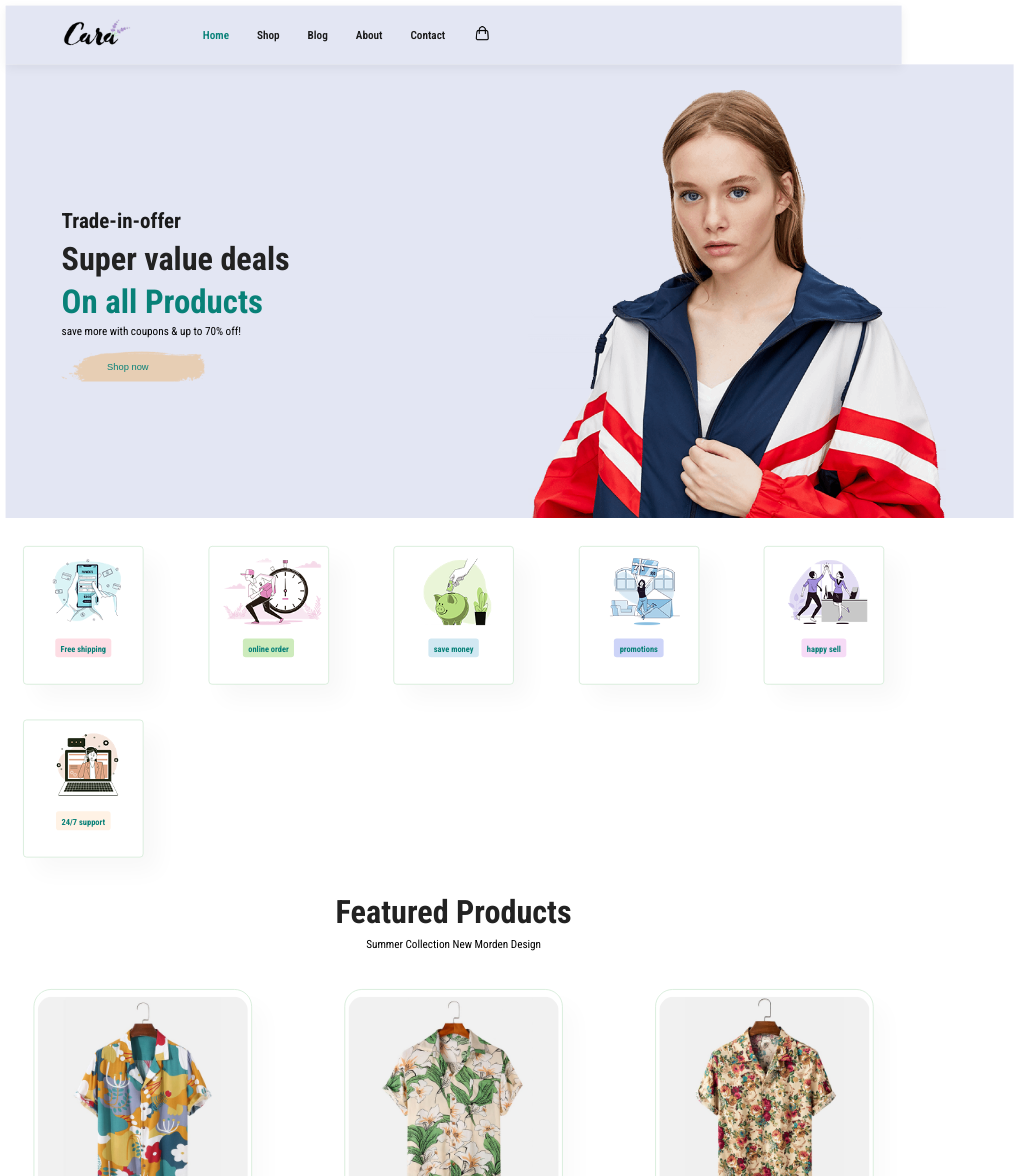
Repository: nhutduy-1905/web_coban
Page: src/index/index.html
An editor plug-in stored every save of this project. The page is shown before and after the next save, followed by the edit.
The browser window is 1280 px wide. The page is 1448 px wide, so the pictures cover 1448 px, including what lies to the right of the window. The pictures show the part of the page from y = 0 to 1680 px (the page is 3771 px tall), at 70% of full size.

Above is the page before, as saved 2024-11-19 21:36:33.

### src/index/index.html
<!DOCTYPE html>
<html lang="en">
<!-- Khai báo định dạng tài liệu HTML và ngôn ngữ là tiếng Anh -->

<head>
    <meta charset="UTF-8">
    <!-- Thiết lập bộ ký tự của trang là UTF-8 -->
    <meta name="viewport" content="width=device-width, initial-scale=1.0">
    <!-- Điều chỉnh để trang hiển thị tốt trên mọi thiết bị, đặc biệt là thiết bị di động -->
    <link rel="stylesheet" href="../benefit/benefit.css">
    <link rel="stylesheet" href="../index/main.css">
    <link rel="stylesheet" href="../product/product.css">
    <link rel="stylesheet" href="../product/item.css">
    <link rel="preconnect" href="https://fonts.googleapis.com">
    <link rel="preconnect" href="https://fonts.gstatic.com" crossorigin>
     <!-- link sao -->
    <link rel="preconnect" href="https://fonts.googleapis.com">
<link rel="preconnect" href="https://fonts.gstatic.com" crossorigin>
<link href="https://fonts.googleapis.com/css2?family=Roboto+Condensed:ital,wght@0,100..900;1,100..900&family=Roboto:ital,wght@0,100;0,300;0,400;0,500;0,700;0,900;1,100;1,300;1,400;1,500;1,700;1,900&display=swap" rel="stylesheet">
     <link rel="stylesheet" href="product.css">
     <!-- link giỏ hàng -->
     <link rel="stylesheet" href="https://pro.fontawesome.com/releases/v5.15.4/css/all.css">
    <title>Super Value Deals</title>
    <!-- Tiêu đề của trang web hiển thị trên tab của trình duyệt -->
</head>

<body>

    <section id="header">
        <a href="#"><img src="../../images/logo.png" class="logo" alt="Logo"></a>
        <div>
            <div id="nvbar">
                <div class="active">Home</div>
                <div>Shop</div>
                <div>Blog</div>
                <div>About</div>
                <div>Contact</div>
                <div>
                    <img src = "../../shopping-bag.png" alt = "Logo" style="width: 5%";>
                </div>
            </div>
        </div>
    </section>
    <Section id ="hero">
        <h4>Trade-in-offer</h4>
        <h2>Super value deals</h2>
        <h1>On all Products</h1>
        <p>save more with coupons & up to 70% off!</p>
        <button>Shop now</button>
    </Section>


    <section id ="featured">
        <div class = "fe-box">
            <img  class = "magic-1"src = "../../images/features/f1.png" alt ="">
            <h6>Free shipping</h6>
        </div>
        <div class = "fe-box">
            <img src = "../../images/features/f2.png" alt ="">
            <h6>online order</h6>
        </div>
        <div class = "fe-box">
            <img src = "../../images/features/f3.png" alt ="">
            <h6>save money</h6>
        </div>
        <div class = "fe-box">
            <img src = "../../images/features/f4.png" alt ="">
            <h6>promotions</h6>
        </div>
        <div class = "fe-box">
            <img src = "../../images/features/f5.png" alt ="">
            <h6>happy sell</h6>
        </div>
        <div class = "fe-box">
            <img  class = "magic-2" src = "../../images/features/f6.png" alt ="">
            <h6>24/7 support</h6>
        </div>
    </section>

    <section id ="product1" class = "section-p1">
        <h2>Featured Products</h2>
        <p>Summer Collection New Morden Design</p>
        <div class ="pro-container">
            <div class ="pro">
                <img src ="../../images/products/f1.jpg" alt ="">
                <div class ="des">
                    <span>adidas</span>
                    <h5> Cartoon Astronaut T-Shirts</h5>
                    <div class ="star">
                        <i class="fas fa-star"></i>
                        <i class="fas fa-star"></i>
                        <i class="fas fa-star"></i>
                        <i class="fas fa-star"></i>
                        <i class="fas fa-star"></i>
                    </div>
                    <h4>$78</h4>
                </div>
                   <a href ="#"><i class="fal fa-shopping-cart cart"></i></a>
            </div>
            <div class ="pro">
                <img src ="../../images/products/f2.jpg" alt ="">
                <div class ="des">
                    <span>adidas</span>
                    <h5> Cartoon Astronaut T-Shirts</h5>
                    <div class ="star">
                        <i class="fas fa-star"></i>
                        <i class="fas fa-star"></i>
                        <i class="fas fa-star"></i>
                        <i class="fas fa-star"></i>
                        <i class="fas fa-star"></i>
                    </div>
                    <h4>$78</h4>
                </div>
                   <a href ="#"><i class="fal fa-shopping-cart cart"></i></a>
            </div>
            <div class ="pro">
                <img src ="../../images/products/f3.jpg" alt ="">
                <div class ="des">
                    <span>adidas</span>
                    <h5> Cartoon Astronaut T-Shirts</h5>
                    <div class ="star">
                        <i class="fas fa-star"></i>
                        <i class="fas fa-star"></i>
                        <i class="fas fa-star"></i>
                        <i class="fas fa-star"></i>
                        <i class="fas fa-star"></i>
                    </div>
                    <h4>$78</h4>
                </div>
                   <a href ="#"><i class="fal fa-shopping-cart cart"></i></a>
            </div>
            <div class ="pro">
                <img src ="../../images/products/f4.jpg" alt ="">
                <div class ="des">
                    <span>adidas</span>
                    <h5> Cartoon Astronaut T-Shirts</h5>
                    <div class ="star">
                        <i class="fas fa-star"></i>
                        <i class="fas fa-star"></i>
                        <i class="fas fa-star"></i>
                        <i class="fas fa-star"></i>
                        <i class="fas fa-star"></i>
                    </div>
                    <h4>$78</h4>
                </div>
                   <a href ="#"><i class="fal fa-shopping-cart cart"></i></a>
            </div>
            <div class ="pro">
                <img src ="../../images/products/f5.jpg" alt ="">
                <div class ="des">
                    <span>adidas</span>
                    <h5> Cartoon Astronaut T-Shirts</h5>
                    <div class ="star">
                        <i class="fas fa-star"></i>
                        <i class="fas fa-star"></i>
                        <i class="fas fa-star"></i>
                        <i class="fas fa-star"></i>
                        <i class="fas fa-star"></i>
                    </div>
                    <h4>$78</h4>
                </div>
                   <a href ="#"><i class="fal fa-shopping-cart cart"></i></a>
            </div>
            <div class ="pro">
                <img src ="../../images/products/f6.jpg" alt ="">
                <div class ="des">
                    <span>adidas</span>
                    <h5> Cartoon Astronaut T-Shirts</h5>
                    <div class ="star">
                        <i class="fas fa-star"></i>
                        <i class="fas fa-star"></i>
                        <i class="fas fa-star"></i>
                        <i class="fas fa-star"></i>
                        <i class="fas fa-star"></i>
                    </div>
                    <h4>$78</h4>
                </div>
                   <a href ="#"><i class="fal fa-shopping-cart cart"></i></a>
            </div>
            <div class ="pro">
                <img src ="../../images/products/f7.jpg" alt ="">
                <div class ="des">
                    <span>adidas</span>
                    <h5> Cartoon Astronaut T-Shirts</h5>
                    <div class ="star">
                        <i class="fas fa-star"></i>
                        <i class="fas fa-star"></i>
                        <i class="fas fa-star"></i>
                        <i class="fas fa-star"></i>
                        <i class="fas fa-star"></i>
                    </div>
                    <h4>$78</h4>
                </div>
                   <a href ="#"><i class="fal fa-shopping-cart cart"></i></a>
            </div>
            <div class ="pro">
                <img src ="../../images/products/f8.jpg" alt ="">
                <div class ="des">
                    <span>adidas</span>
                    <h5> Cartoon Astronaut T-Shirts</h5>
                    <div class ="star">
                        <i class="fas fa-star"></i>
                        <i class="fas fa-star"></i>
                        <i class="fas fa-star"></i>
                        <i class="fas fa-star"></i>
                        <i class="fas fa-star"></i>
                    </div>
                    <h4>$78</h4>
                </div>
                   <a href ="#"><i class="fal fa-shopping-cart cart"></i></a>
            </div>
        </div>

    </section>

    <section id = "banner3">
        <div class = "banner-box">
            <h2>SEASONAL SALE </h2>
            <h3>Winter Collection -50% OFF</h3>
        </div>
        <div class = "banner-box banner-box2">
            <h2>NEW FOOTWEAR COLLECTION </h2>
            <h3>Spring/Summer 2024</h3>
        </div>
        <div class = "banner-box banner-box3">
            <h2>T-SHIRTS</h2>
            <h3>New Trendy Prints</h3>
        </div>
     </section>
     <section id = "newsletter">
        <div class = "newtest">
            <h4>Sign Up For Newsletters</h4>
            <p>Get E-mail upadtes about us latest shop and <span>special offers.</span></p>
        </div>
        <div class = "form">
            <input type= "text" placeholder ="Your email address">
            <button class = "normal">Sign Up</button>
        </div>
     </section>

     <footer class ="section-p1">
        <div class = "col">
            <img  class = "logo" src = "../../images/logo.png" alt ="">
            <h4>Contact</h4>
            <p><strong><i>Address:</strong>Wellington Road,Street 32,San Fancisco</i></p>
            <p><strong><i>Phone: </strong>Wellington Road,Street 32,San Fancisco</i></p>
            <p><strong><i>Hours: </strong>10:00-18:00.Mon-Sat</i></p>
            <div class ="follow us">
                <h4>Follow us</h4>
                <div class = "icon">
                    <i class="fab fa-facebook-f"></i>
                    <i class="fab fa-twitter"></i>
                    <i class="fab fa-instagram"></i>
                    <i class="fab fa-pinterest-p"></i>
                    <i class="fab fa-youtube"></i>
                </div>
            </div>
        </div>

        <div class = "col">
            <h4>About</h4>
            <a href = "#">About us</a>
            <a href = "#">Delivery Information</a>
            <a href = "#">Privacy Policy</a>
            <a href = "#">Terms & Conditions</a>
            <a href = "#">Contact Us</a>
        </div>

        <div class = "col">
            <h4>My Account</h4>
            <a href = "#">Sign In</a>
            <a href = "#">View Cart</a>
            <a href = "#">My Wishlist</a>
            <a href = "#">Track My Order</a>
            <a href = "#">Help</a>
        </div>

        <div class = "col install">
            <h4 class = "col1">Install App</h4>
            <p class = "col2">From App store or Google Play</p>
            <div class ="row">
                <img src = "../../images/pay/app.jpg" alt ="">
                <img src = "../../images/pay/play.jpg" alt = "">
            </div>
            <p>Secured Payment Gateways</p>
            <img src = "../../images/pay/pay.png" alt ="">
        </div>
     </footer>

</body>
</html>

### src/benefit/benefit.css
#featured {
    display: flex;
     /* Tạo container flexbox để sắp xếp các phần tử con */
    align-items: center;
    /* Căn giữa các phần tử con theo chiều dọc (trục y) */
    justify-content: space-between;
    /* Phân phối các phần tử con cách đều nhau theo chiều ngang (trục x) */
    flex-wrap: wrap;
    /* Cho phép các phần tử con xuống dòng khi không đủ không gian */
 }

 #featured .fe-box {
    width: 140px;
    /* Đặt chiều rộng cho mỗi hộp là 120px */
    text-align: center;
    /* Căn giữa nội dung văn bản trong mỗi hộp */
     padding:   10px 15px;
     /* Khoảng đệm bên trong mỗi hộp (15px trên dưới, 10px trái phải) */
    box-shadow: 20px 20px 34px rgba(0, 0, 0, 0.03);
     /* Tạo bóng cho hộp với độ mờ nhẹ */
    border: 1px solid #cce7d0;
    /* Tạo viền màu xanh nhạt cho mỗi hộp */
    border-radius: 5px;
    /* Bo tròn góc của hộp với bán kính 4px */
     margin: 10px;
    /* Tạo khoảng cách ngoài cho mỗi hộp là 15px */
    margin-left:25px;
    margin-top: 40px;
    margin-right: 25px;

 }

 #featured .fe-box:hover {
    box-shadow: 10px 10px 54px rgba(70, 62, 221, 0.1);
    /* Tăng bóng khi di chuột qua hộp */
 }

 #featured .fe-box img {
    width: 100%;
    /* Đặt chiều rộng ảnh bằng 100% của hộp chứa */
    margin-bottom: 10px;
    /* Khoảng cách dưới của ảnh là 10px */
    padding: 5px 5px;
 }

 #featured .fe-box h6 {
   display: inline-block;
     /* Hiển thị tiêu đề h6 dưới dạng khối nội tuyến */
   padding: 9px 8px 6px 8px;
    /* Khoảng đệm bên trong tiêu đề h6 (trên 9px, phải 8px, dưới 6px, trái 8px) */
   line-height: 1;
    /* Chiều cao dòng là 1 */
   border-radius: 4px;
   /* Bo tròn góc của tiêu đề với bán kính 4px */
   color: #088178;
     /* Màu chữ xanh lá cây */
   background-color: #fddde4;
    /* Nền màu hồng nhạt cho tiêu đề */
    margin-top: 0px;

 }

 #featured .fe-box:nth-child(2) h6 {
   background-color: #cdebbc;
   /* Nền màu xanh nhạt cho hộp thứ hai */
 }

 #featured .fe-box:nth-child(3) h6 {
   background-color: #d1e8f2;
    /* Nền màu xanh nhạt cho hộp thứ ba */
 }

 #featured .fe-box:nth-child(4) h6 {
   background-color: #cdd4f8;
   /* Nền màu xanh dương nhạt cho hộp thứ tư */
 }

 #featured .fe-box:nth-child(5) h6 {
   background-color: #f6dbf6;
    /* Nền màu tím nhạt cho hộp thứ năm */
 }

 #featured .fe-box:nth-child(6) h6 {
   background-color: #fff2e5;
   /* Nền màu cam nhạt cho hộp thứ sáu */

 }

### src/index/main.css
h1 {
    font-size: 50px;
    line-height: 64px;
    color: #222;
    margin-bottom: 0;
    margin-top: 0;
}

h2 {
    font-size: 46px;
    line-height: 54px;
    color: #222;
    margin-top: 0;
    margin-bottom: 0;
}

h4 {
    font-size: 30px;
    margin-top: 10px;
    margin-bottom: 10px;
}

h6 {
    font-weight: 700;
    font-size: 12px;
}

p {
    font-size: 16px;

    margin: 15px 0  20px ;
    margin-top: 0px;
}

.section-p1 {
    padding: 40px 40px;
}

.section-m1 {
    margin: 40px 0;
}

body {
    width: 100%;
   font-family: "Roboto Condensed", sans-serif;
}

#header {
    display: flex;
    align-items: center;
    justify-content: space-between;
    padding: 20px 80px;
    background: #E3E6F3;
    box-shadow: 0 5px 15px rgba(0, 0, 0, 0.06);
    z-index: 999;
    position: sticky;
    top: 0;
    left: 0;
}

#nvbar {
    display: flex;
    align-items: center;
    justify-content: center;
}

#nvbar div {
    list-style: none;
    padding: 0 20px;
    text-decoration: none;
    font-size: 16px;
    font-weight: 600;
    color: #1a1a1a;
}

#nvbar div:hover {
    color: #088178;
}

#nvbar .active {
    color: #088178;
}

#nvbar .div .active::after {
    content: "";
    width: 30px;
    height: 2px;
    background-color: #088178;
    position: absolute;
    bottom: -4px;
    left: 20px;
}

#hero {
    background-image: url("../../images/hero4.png");
    height: 90vh;
    width: 100%;
    background-size: cover;
    background-position: top 25% right 0;
    padding: 0 80px;
    display: flex;
    flex-direction: column;
    align-items: flex-start;
    justify-content: center;

}


#hero h1 {
    color: #088178;
    margin-top:-7px;
    font-size: 47px;
}

#hero button {
    background-image: url("../../images/button.png");
    background-color: transparent;
    color: #088178;
    border: 0;
    padding: 14px 80px 14px 65px;
}
#hero h4
{
    color: #1a1a1a;

}

### src/product/product.css
#product1
{
   text-align: center; /* Căn giữa tất cả nội dung văn bản bên trong phần tử #product1 */
}

#product1 .pro-container
{
   display: flex; /* Sử dụng flexbox để bố trí các phần tử con */
   justify-content: space-between; /* Căn đều các phần tử con với khoảng cách đều nhau */
   padding-top: 20px; /* Tạo khoảng cách trên cùng cho phần tử */
   flex-wrap: wrap; /* Cho phép các phần tử con xuống hàng khi không đủ chỗ */
}

#product1 .pro
{
    width: 5%; /* Đặt chiều rộng của mỗi sản phẩm là 5% của khối chứa */
    min-width: 300px; /* Đảm bảo mỗi sản phẩm có chiều rộng tối thiểu là 250px */
    padding: 10px 5px; /* Tạo khoảng cách giữa nội dung bên trong phần tử và viền */
    border: 1px solid #cce7d0; /* Tạo viền mỏng màu #cce7d0 */
    border-radius: 25px; /* Làm tròn góc các viền với bán kính 25px */
    cursor: pointer; /* Thay đổi con trỏ thành hình tay khi di chuột lên */
    box-shadow: 20px 20px 30px rgba(0, 0, 0, 0.02); /* Tạo hiệu ứng đổ bóng nhạt cho phần tử */
    margin: 15px 0; /* Tạo khoảng cách trên và dưới của phần tử */
    transition: 0.2 ease; /* Tạo hiệu ứng chuyển động mượt khi có sự thay đổi */
    position: relative; /* Đặt phần tử ở vị trí tương đối để các phần tử con có thể định vị dựa vào nó */
}

#product1 .pro:hover
{
   box-shadow: 20px 20px 30px rgba(0, 0, 0, 0.06); /* Tăng cường đổ bóng khi người dùng hover chuột lên sản phẩm */
}

#product1 .pro img
{
    width: 100%; /* Hình ảnh chiếm toàn bộ chiều rộng của phần tử chứa */
    border-radius: 20px; /* Làm tròn góc các hình ảnh */
    margin-bottom: -10px;
}

#product1 .pro .des
{
   text-align: start; /* Căn trái văn bản trong mô tả */
   padding: 10px 0; /* Tạo khoảng cách trên và dưới cho phần mô tả */
}

#product1 .pro .des span
{
   color: #606063; /* Đặt màu chữ cho thẻ <span> */
   font-size: 12px; /* Đặt kích thước chữ là 12px */
}

#product1 .pro .des h5
{
   padding-top: 7px; /* Tạo khoảng cách trên cho tiêu đề h5 */
   color: #1a1a1a; /* Đặt màu chữ tối cho tiêu đề h5 */
   font-size: 14px; /* Đặt kích thước chữ là 14px */
   margin-top: -5px;
   margin-bottom: 0px;
   margin-left: 0px;
}

#product1 .pro .des i
{
    font-size: 12px; /* Đặt kích thước chữ cho các biểu tượng sao */
    color: rgb(243, 181, 25); /* Màu vàng cho các biểu tượng sao */
}

#product1 .pro .des h4
{
   padding-top: 7px; /* Tạo khoảng cách trên cho thẻ h4 */
   font-size: 15px; /* Đặt kích thước chữ là 15px */
   font-weight: 700; /* Đặt độ đậm của chữ là 700 (bold) */
   color:#088178; /* Đặt màu xanh lá cho giá sản phẩm */
   margin-top: 0px;
}

#product1 .pro .cart
{
  width: 40px; /* Đặt chiều rộng của biểu tượng giỏ hàng */
  height: 40px; /* Đặt chiều cao của biểu tượng giỏ hàng */
  line-height: 40px; /* Canh giữa biểu tượng giỏ hàng theo chiều dọc */
  border-radius: 50px; /* Làm tròn biểu tượng giỏ hàng thành hình tròn */
  background-color: #e8f6ea; /* Đặt màu nền xanh nhạt cho giỏ hàng */
  font-weight: 500; /* Đặt độ đậm của chữ trong giỏ hàng là 500 */
  color:#088178; /* Màu chữ xanh lá cho biểu tượng giỏ hàng */
  border: 1px solid #cce7d0; /* Tạo viền mỏng màu xanh nhạt cho giỏ hàng */
  position: absolute; /* Đặt biểu tượng giỏ hàng ở vị trí tuyệt đối trong phần tử cha */
  bottom:20px; /* Đặt biểu tượng cách đáy 20px */
  right: 10px; /* Đặt biểu tượng cách phải 10px */
  margin-bottom:-10px;
}
h2
{
   margin-bottom: 10px;
}

Loaded but not shown: src/product/item.css (198 lines, source omitted)

After the next save:
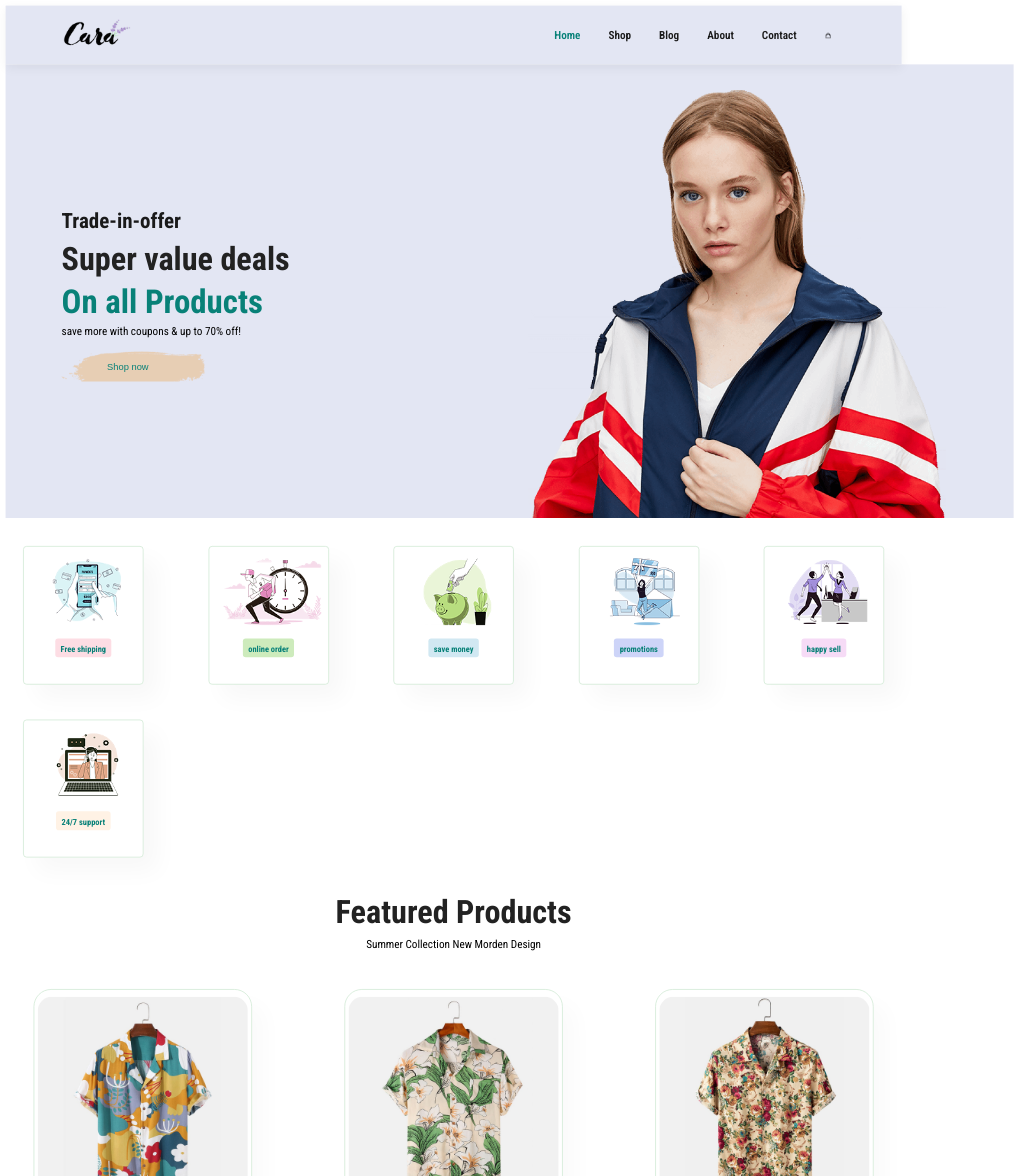
Saved 12 s later.
--- a/src/index/index.html
+++ b/src/index/index.html
@@ -36,7 +36,7 @@
                 <div>About</div>
                 <div>Contact</div>
                 <div>
-                    <img src = "../../shopping-bag.png" alt = "Logo" style="width: 5%";>
+                    <img src = "../../shopping-bag.png" alt = "Logo" style="width: 10px";>
                 </div>
             </div>
         </div>
